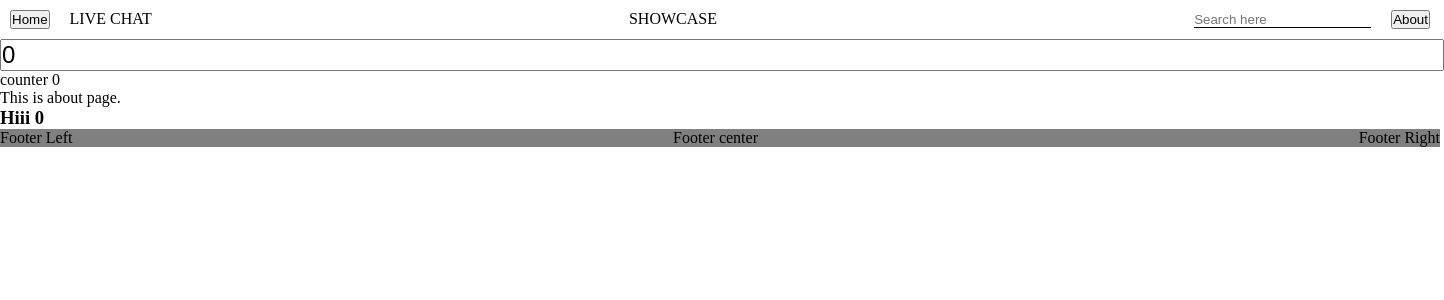
Repository: kapskadiya/ReactJS-NextJs-ExpressJs
Page: /about
The author's editor kept a copy of each file at every save. The page is drawn from the files as they stood at one save, then again after the next save.
The browser window is 1280 px wide. The page is 1444 px wide, then 1440 px, so the pictures cover 1444 px, including what lies to the right of the window. The pictures show the whole page.
The project was rebuilt for these pictures with package versions that can differ from the ones it lists, and the page was loaded fresh each time. The framework's server and built-in components were replaced by stand-ins that run in the browser. Also part of the build but not shown: next.config.js, components/SideBar.js, components/Main.js, components/MyContext.js, components/Child.js, components/Parent.js.

Above is the page before, as saved 2019-05-29 13:20:38.

After the next save:
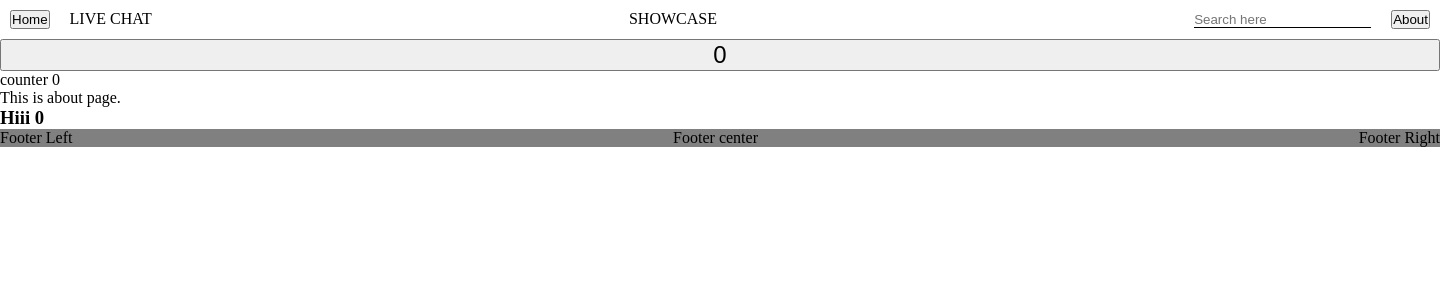
Saved 31 s later.
--- a/components/Counter.js
+++ b/components/Counter.js
@@ -4,6 +4,7 @@ import Parent from './Parent';
 
 const Input = ({ value, onChange }) => (
     <input
+    type="button"
     value={value}
     onChange={event => onChange({ value: event.target.value })}
     style={{ width: "100%", fontSize: "1.5em" }}
